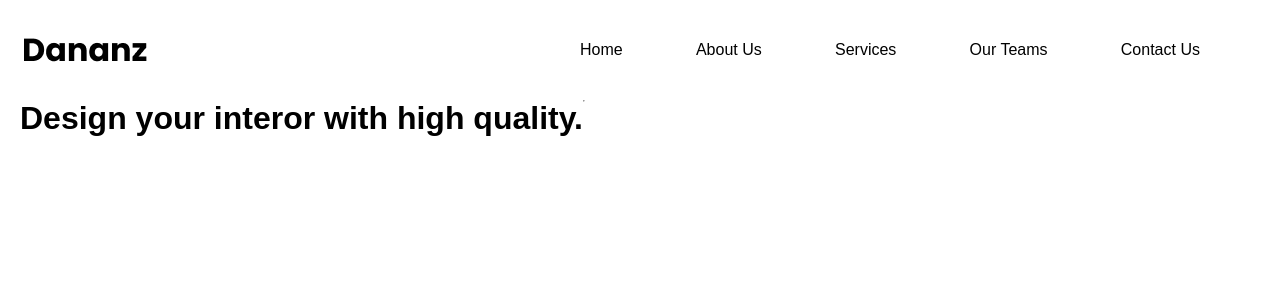
Repository: AsadKasimov/disain
Page: index.html
The author's editor kept a copy of each file at every save. The page is drawn from the files as they stood at one save, then again after the next save.
The browser window is 1280 px wide. The pictures show the whole page.

Above is the page before, as saved 2023-04-20 01:07:35.

### index.html
<!DOCTYPE html>
<html lang="en">
<head>
    <meta charset="UTF-8">
    <meta http-equiv="X-UA-Compatible" content="IE=edge">
    <meta name="viewport" content="width=device-width, initial-scale=1.0">
    <title>F</title>
    <link rel="stylesheet" href="./style.css">
</head>
<body>
    <div class="wrapper">
        <header class="header">
            <!-- Шапка -->
            <div class="logo">
                <img src="./img/Dananz.png" alt="">
            </div>

            <!-- Меню сайта -->
            <nav class="nav">
                <ul>
                    <li>Home</li>
                    <li>About Us</li>
                    <li>Services</li>
                    <li>Our Teams</li>
                    <li>Contact Us</li>

                </ul>
            </nav>

            <!-- Иконка бургерменю -->
            <div class="burger">
                <span></span>
            </div>
        </header>
        <div class="menu">
            <div class="text-menu">
                <h1>Design your interor with high quality.</h1>
            </div>
            <div class="text-line"><hr></div>

        </div>

    </div>



    <script>
        document.querySelector('.burger').addEventListener('click', function() {
            this.classList.toggle('active');
            document.querySelector('.nav').classList.toggle('open');
        })
    </script>
</body>
</html>

### style.css
@import url('https://fonts.googleapis.com/css2?family=Roboto:ital,wght@0,100;0,300;0,400;0,500;0,900;1,100;1,300;1,400;1,500;1,700;1,900&display=swap');

html, body {
  height: 100%;
  width: 100%;

}

body {
  display: flex;
  flex-direction: column;
  font-family: Arial, "Helvetica Neue", Helvetica, sans-serif;
  background-color: #fff;

}

*{
  padding: 0;
  margin: 0;
  box-sizing: border-box;
}

.wrapper{
  flex-grow: 1;
}

.open{
  display: flex !important;
}

.header{
  display: flex;
  align-items: center;
  justify-content: space-between;
  min-height: 100px;
  background-color: #fff;
  color: #000;
  padding: 0 40px;
}

.logo{
  display: flex;
  justify-content: center;
  flex-direction: column;
  align-items: center;

  width: 90px;
  height: 90px;
}

.nav{
  display: flex;
  width: 700px;
  padding: 0 40px;
}

.nav ul{
  width: 100%;
  list-style: none;
  display: flex;
  justify-content: space-between;
}

.burger{
  display: none;
  position: relative;
  z-index: 50;
  align-items: center;
  justify-content: flex-end;
  width: 30px;
  height: 18px;
}

.burger span{
  height: 2px;
  width: 80%;
  transform: scale(1);
  background-color: #000;
}

.burger::before, .burger::after{
  content: '';
  position: absolute;
  height: 2px;
  width: 100%;
  background-color: #000;
  transition: all 0.3s ease 0s;
}

.burger::before { top: 0 }

.burger::after { bottom: 0 }


.burger.active span { transform: scale(0) }

.burger.active::before{
  top: 50%;
  transform: rotate(-45deg) translate(0, -50%);
}

.burger.active::after{
  bottom: 50%;
  transform: rotate(45deg) translate(0, 50%);
}

h1 {
  display: block;
  font-size: 2em;
  margin-block-start: 0;
  margin-block-end: 0;
  margin-inline-start: 0px;
  margin-inline-end: 0px;
  font-weight: bold;
}

.menu{
  display: flex;
  justify-content: flex-start;
  padding: 0 20px;
}

.text-menu{
  font-weight: 700;
}

@media (max-width: 700px) {

  .burger { display: flex }

  .nav{
      display: none;
      flex-direction: column;
      position: fixed;
      height: 100%;
      width: 100%;
      top: 0; bottom: 0; left: 0; right: 0;
      z-index: 50;
      overflow-y: auto;
      padding: 50px 40px;
      background-color: ghostwhite;

  }

  .nav ul{
      flex-direction: column;
      row-gap: 30px;
  }
}

After the next save:
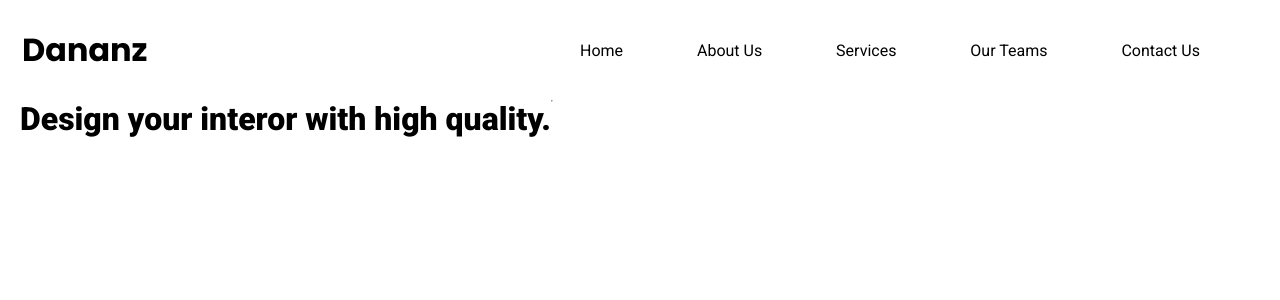
Saved 27 s later.
--- a/style.css
+++ b/style.css
@@ -9,7 +9,7 @@ html, body {
 body {
   display: flex;
   flex-direction: column;
-  font-family: Arial, "Helvetica Neue", Helvetica, sans-serif;
+  font-family: 'Roboto', sans-serif;
   background-color: #fff;
 
 }
